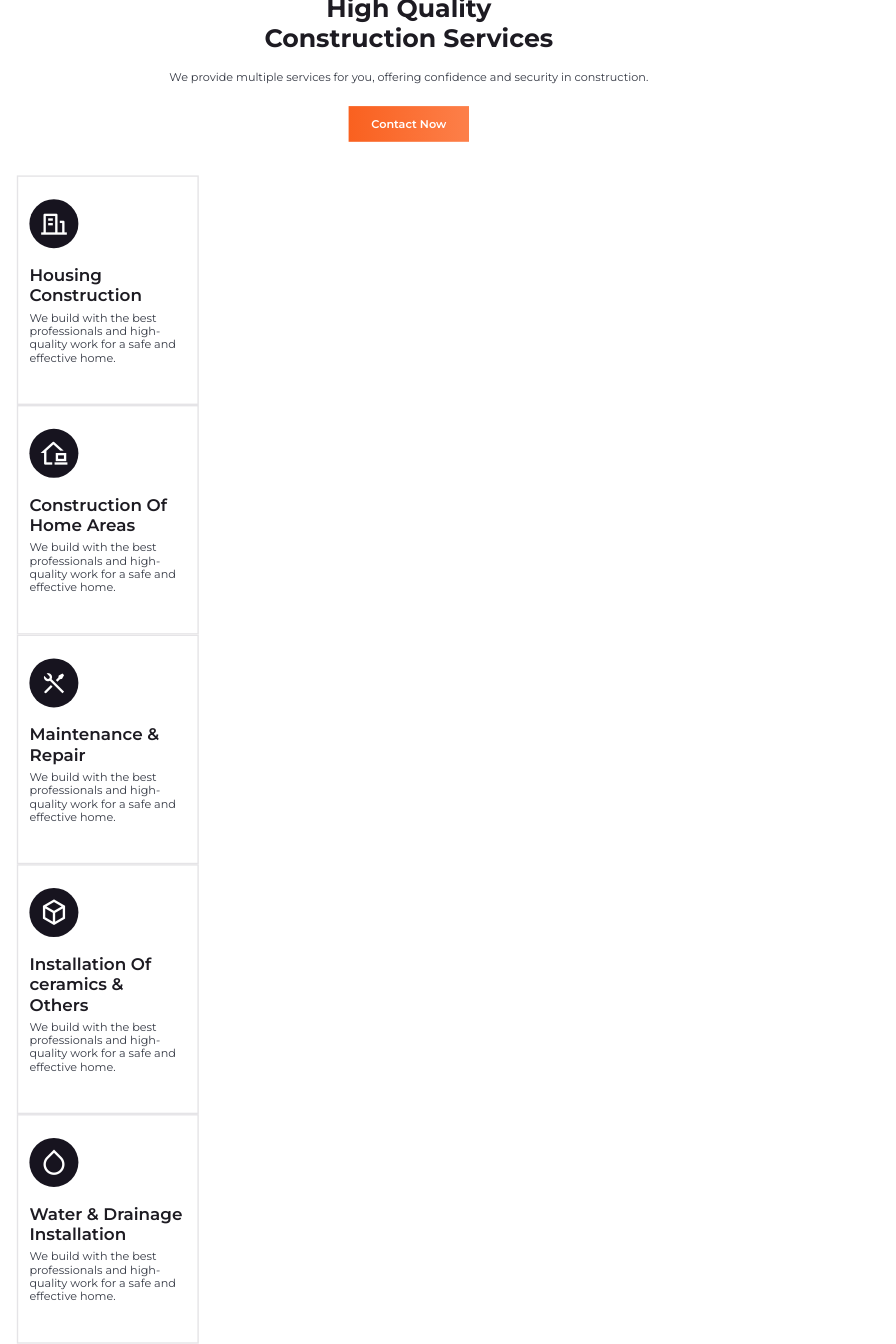
Repository: douglasabnovato/construction
Page: index.html
The author's editor kept a copy of each file at every save. The page is drawn from the files as they stood at one save, then again after the next save.
The browser window is 1280 px wide. The pictures show the part of the page from y = 2782 to 4702 px (the page is 4909 px tall), at 70% of full size.

Above is the page before, as saved 2025-05-01 13:20:01.

After the next save:
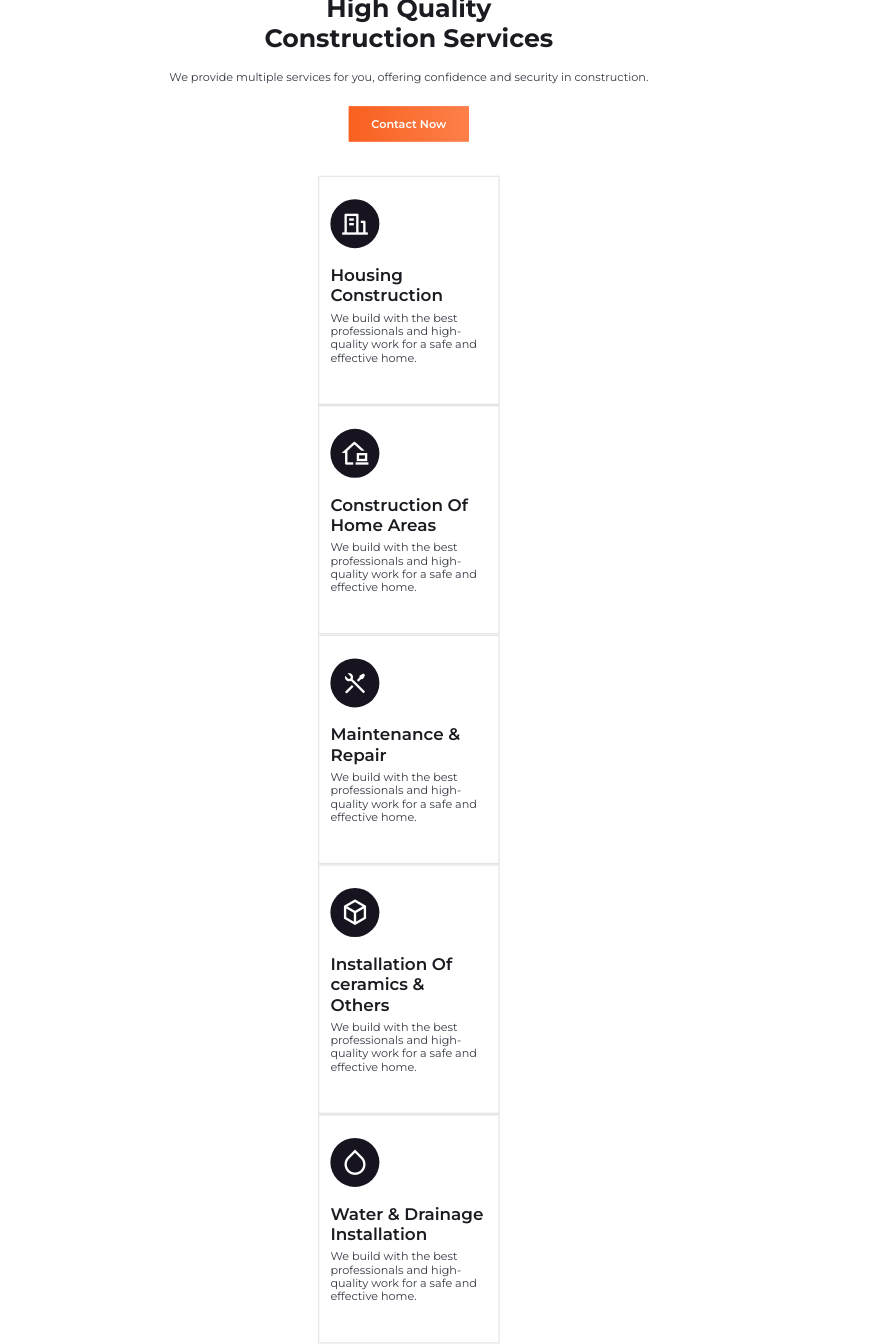
Saved 58 s later.
--- a/index.html
+++ b/index.html
@@ -180,7 +180,7 @@
             </p>
             <a href="#contact" class="button">Contact Now</a>
           </div>
-          <div class="services__swiper">
+          <div class="services__swiper swiper">
             <div>
               <article class="services__card">
                 <div class="services__icon">
